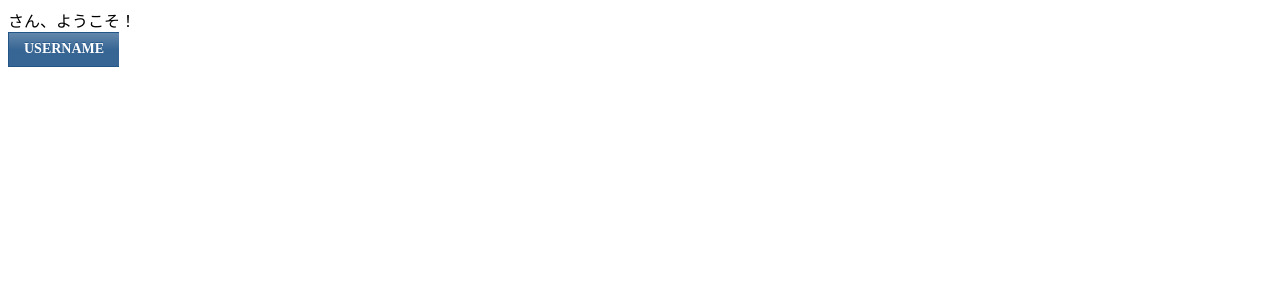
Repository: yuki120/TOURIST
Page: http://localhost/Webproj4/login.jsp
These files come from the project's save history. The page is drawn as it stood at one moment and after the next save; the edit follows.
The browser window is 1280 px wide. The pictures show the whole page.
The page is served by Tomcat 9. Other server files are loaded and not shown.

Above is the page before, as saved 2018-04-20 01:32:31.

### Java/Webproj4/WebContent/login.jsp
<%@ page language="java" contentType="text/html; charset=UTF-8"
    pageEncoding="UTF-8"%>
<%@ taglib prefix="s" uri="/struts-tags"%>
<!DOCTYPE html>
<html>
<head>
<meta charset="UTF-8">
<link rel="stylesheet" type="text/css" href="./css/style.css">
<title>LOGIN</title>
</head>
<body>

<s:property value="LoginDTOList.get(0).username"/>さん、ようこそ！

<br>
<table>
	<tbody>
		<tr>
			<th>USERNAME</th>
		</tr>
	</tbody>
</table>

</body>
</html>

### Java/Webproj4/WebContent/CSS/style.css
table {
	width: auto;
	border-spacing: 0;
	font-size: 14px;
}

table th {
	color: #fff;
	padding: 8px 15px;
	background: #258;
	background: -moz-linear-gradient(rgba(34,85,136,0.9) 50%);
	background: -webkit-gradient(linear, 100% 0%, 100% 50%, from(rgba(34,85,136,0.7)), to(rgba(34,85,136,0.9)));
	font-weight: bold;
	border-left: 1px solid #258;
	border-top: 1px solid #258;
	border-bottom: 1px solid #258;
	line-height: 120%;
	text-align: center;
	text-shadow: 0 -1px 0 rgba(34,85,136,0.9);
	box-shadow: 0px 1px 1pxrgba(255,255,255,0.3) inset;
}

table th: first-child {
	border-radius: 5px 0 0 0;
}

table th: last-child {
	border-radius: 0 5px 0 0;
	border-right: 1px solid #258;
	box-shadow: 2px 2px 1px rgba(0,0,0,0.1), 0px 1px 1px rgba(255,255,255,0.3) inset;
}

table tr td {
	padding: 8px 15px;
	border-bottom: 1px solid #84b2e0;
	border-left: 1px solid #84b2e0;
	text-align: center;
}

table tr td: last-child {
	border-right: 1px solid #84b2e0;
	box-shadow: 2px 2px 1px rgba(0,0,0,0.1);
}

table tr {
	background: #fff;
}

table tr: nth-child {
	background: #f1f6fc;
}

table tr: last-child td {
	box-shadow: 2px 2px 1px rgba(0,0,0,0.1);
}

table tr: last-child td : first-child {
	border-radius: 0 0 0 5px;
}

table tr: last-child td : last-child {
	border-radius: 0 0 5px 0;
}

table tr: hover {
	background: #bbd4ee;
	cursor: pointer;
}

After the next save:
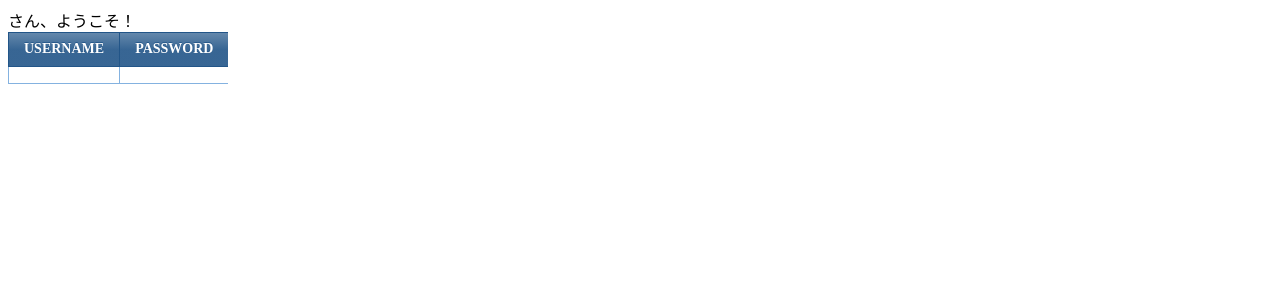
Saved 2 min 30 s later.
--- a/Java/Webproj4/WebContent/login.jsp
+++ b/Java/Webproj4/WebContent/login.jsp
@@ -17,6 +17,13 @@
 	<tbody>
 		<tr>
 			<th>USERNAME</th>
+			<th>PASSWORD</th>
+		</tr>
+		<tr>
+			<s:iterator>
+				<td><s:property value="username"/></td>
+				<td><s:property value="password"/></td>
+			</s:iterator>
 		</tr>
 	</tbody>
 </table>
